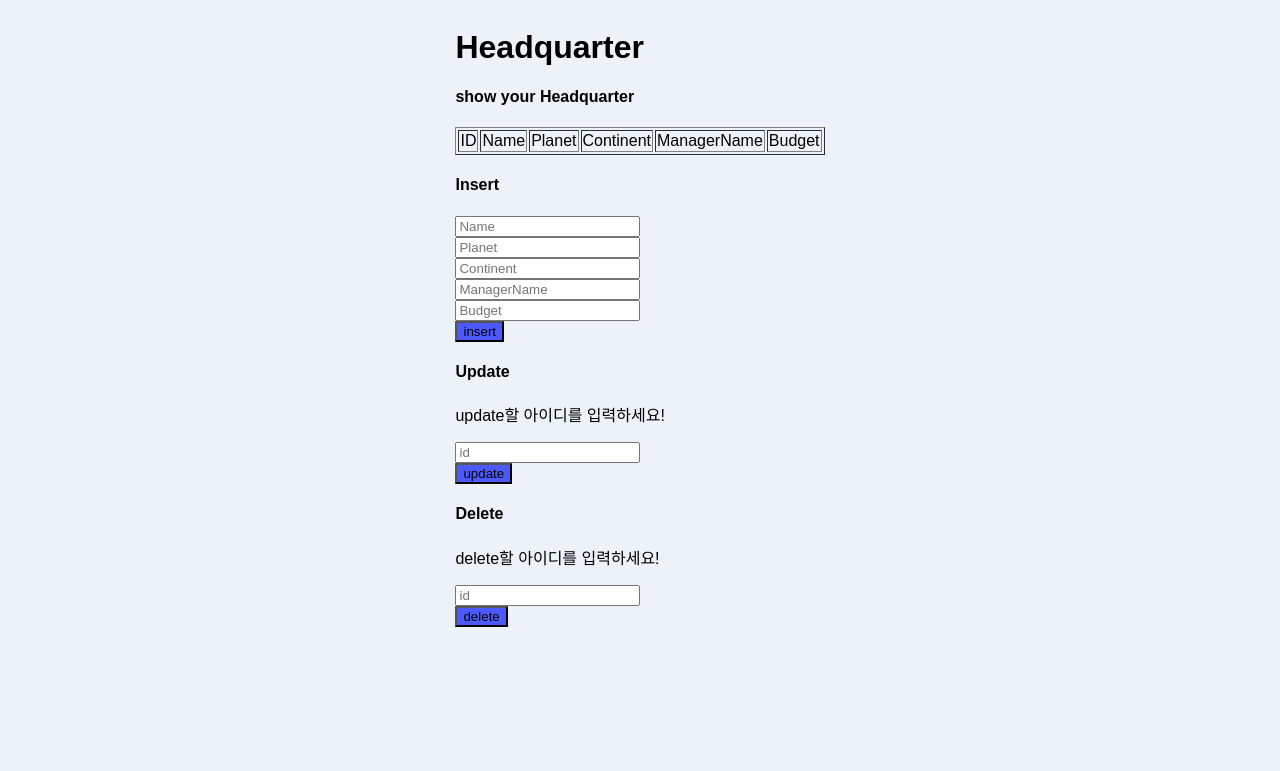
Repository: CISXO/JSP
Page: http://localhost/DB_Project/DB/connect.jsp
These files come from the project's save history. The page is drawn as it stood at one moment and after the next save; the edit follows.
The browser window is 1280 px wide. The pictures show the whole page.
The page is served by Tomcat 9. Queries for data that is not in the repository find no rows.

Above is the page before, as saved 2022-12-21 10:00:30.

After the next save:
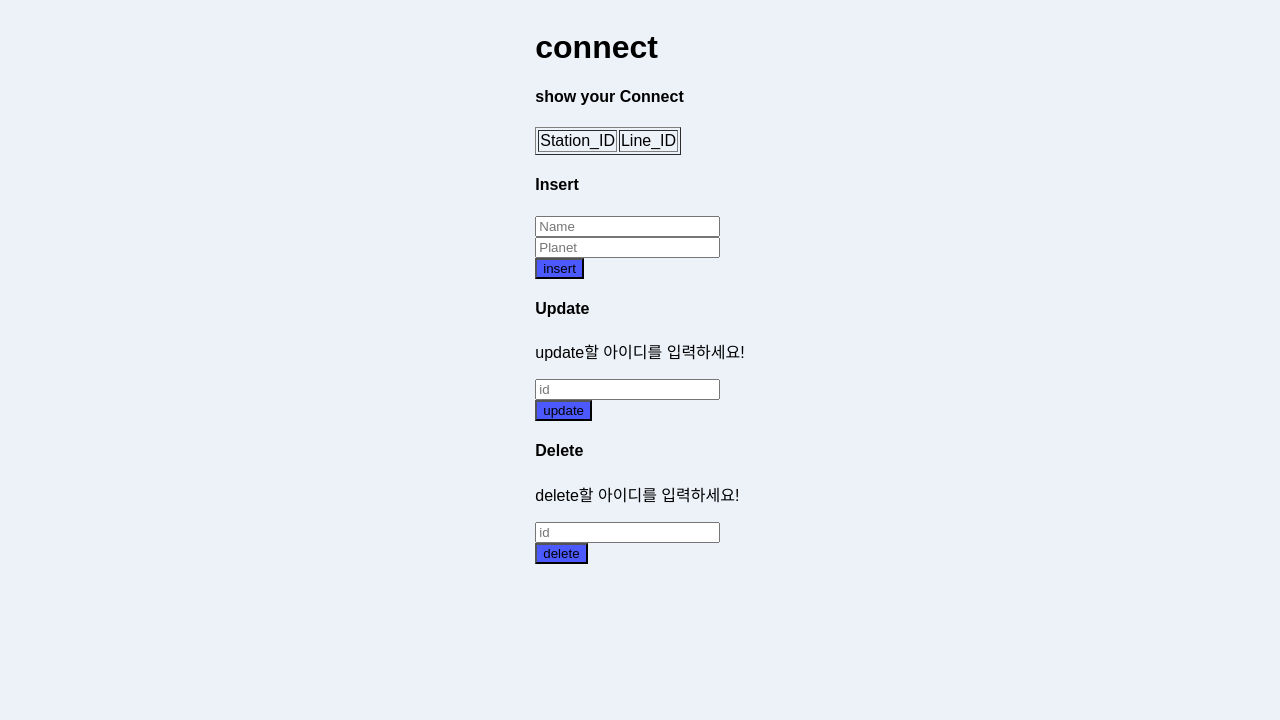
Saved 7 min 28 s later.
--- a/DbProject/DB_Project/src/main/webapp/DB/connect.jsp
+++ b/DbProject/DB_Project/src/main/webapp/DB/connect.jsp
@@ -30,27 +30,23 @@ ResultSet result = null;
 try {
 	conn = DriverManager.getConnection(jdbcDriver, dbUser, dbPass);
 	stmt = conn.createStatement();
-	String query = "SELECT * FROM headquarter";
+	String query = "SELECT * FROM connect";
 	result = stmt.executeQuery(query);
 
 %>
 
 <body style="background-color: #edf2f9 !important;">
     <div>
-        <h1 class="title">Headquarter</h1>
+        <h1 class="title">connect</h1>
         <h4 class="titleScript">
-				show your Headquarter
+				show your Connect
         </h4>
         <div class="tableSection">
                 <table class="boardTable table table-hover" border = "1">
                     <thead class="table-primary">
                         <tr>
-                        <td>ID</td>
-                        <td>Name</td>
-                        <td>Planet</td>
-                        <td>Continent</td>
-                        <td>ManagerName</td>
-                        <td>Budget</td>
+                        <td>Station_ID</td>
+                        <td>Line_ID</td>
                         </tr>
                     </thead>
                     <%
@@ -58,19 +54,15 @@ try {
                     %>
                     <tbody id="tablebody" class="table-light">
                         <tr onclick="trClick(this)">
-                        	<td><%=result.getInt("ID")%></td>
-                            <td><%=result.getString("Name")%></td>
-                            <td><%=result.getString("Planet")%></td>
-                            <td><%=result.getString("Continent")%></td>
-                            <td><%=result.getString("ManagerName")%></td>
-                            <td><%=result.getInt("Budget") %></td>
+                        	<td><%=result.getInt("Station_ID")%></td>
+                            <td><%=result.getString("Line_ID")%></td>
                         </tr>
 
                     </tbody>
                     <%} %>
                 </table>
         </div>
-        <form id="Head_insert" action ="Head_manage.jsp" method="get">
+        <form id="connect_insert" action ="connect.jsp" method="get">
         <h4>Insert</h4>
         <div class="row">
         <input id="Name1" name="Name1" type="text" placeHolder="Name">
@@ -78,40 +70,31 @@ try {
         <div class="row">
         <input id="Planet1" name="Planet1" type="text" placeHolder="Planet">
         </div>
-        <div class="row">
-        <input id="Continent1" name="Continent1" type="text" placeHolder="Continent">
-        </div>
-        <div class="row">
-        <input id="ManagerName1" name="ManagerName1" type="text" placeHolder="ManagerName">
-        </div>
-        <div class="row">
-        <input id="Budget1" name="Budget1" type="text" placeHolder="Budget">
-        </div>
-        <div class="hd_insert_button">
+        <div class="connect_insert_button">
         <button id="insert_button1" type = "submit" style="background-color: #4c59fd">insert</button>
         </div>
         <input name="manage_num" type="hidden" value="1">
         </form>
 
-        <form id="Head_update" action="Head_manage.jsp" method="get">
+        <form id="connect_update" action="connect.jsp" method="get">
          <h4>Update</h4>
         <p>update할 아이디를 입력하세요!</p>
        <div class="row">
-        <input id="head_id" name="headupdate_id" type="text" placeHolder="id">
+        <input id="connect_id" name="connect_id" type="text" placeHolder="id">
         </div>
-        <div class="hd_update_button">
+        <div>
         <button id="update_button1" type = "submit" style="background-color: #4c59fd">update</button>
         </div>
         <input name="manage_num" type="hidden" value="2">
         </form>
 
-        <form id="Head_delete" action="Head_manage.jsp" method="get">
+        <form id="connect_delete" action="connect.jsp" method="get">
         <h4>Delete</h4>
         <p>delete할 아이디를 입력하세요!</p>
         <div class="row">
-        <input id="head_id" name="headdelete_id" type="text" placeHolder="id">
+        <input id="head_id" name="connect_Delete_id" type="text" placeHolder="id">
         </div>
-        <div class="hd_delete_button">
+        <div class="connect_delete_button">
         <button id="delete_button1" type = "submit" style="background-color: #4c59fd">delete</button>
         </div>
         <br><br><br><br> <br><br><br><br>
